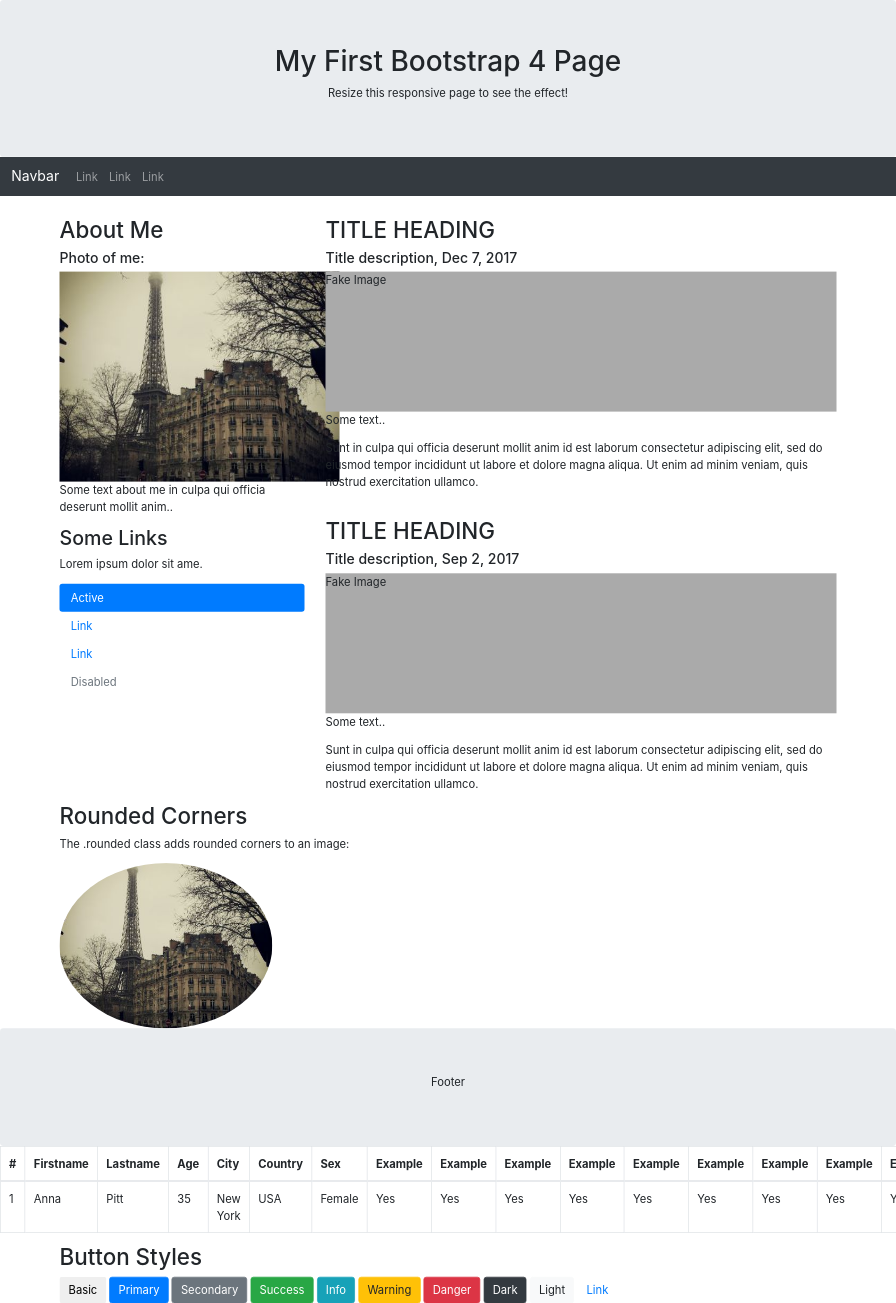
Repository: Anusha-Shilamkoti/Anusha
Page: MyFirstWebProject/WebContent/index.html
An editor plug-in stored every save of this project. The page is shown before and after the next save, followed by the edit.
The browser window is 1280 px wide. The pictures show the whole page, at 70% of full size.

Above is the page before, as saved 2020-01-18 12:00:58.

After the next save:
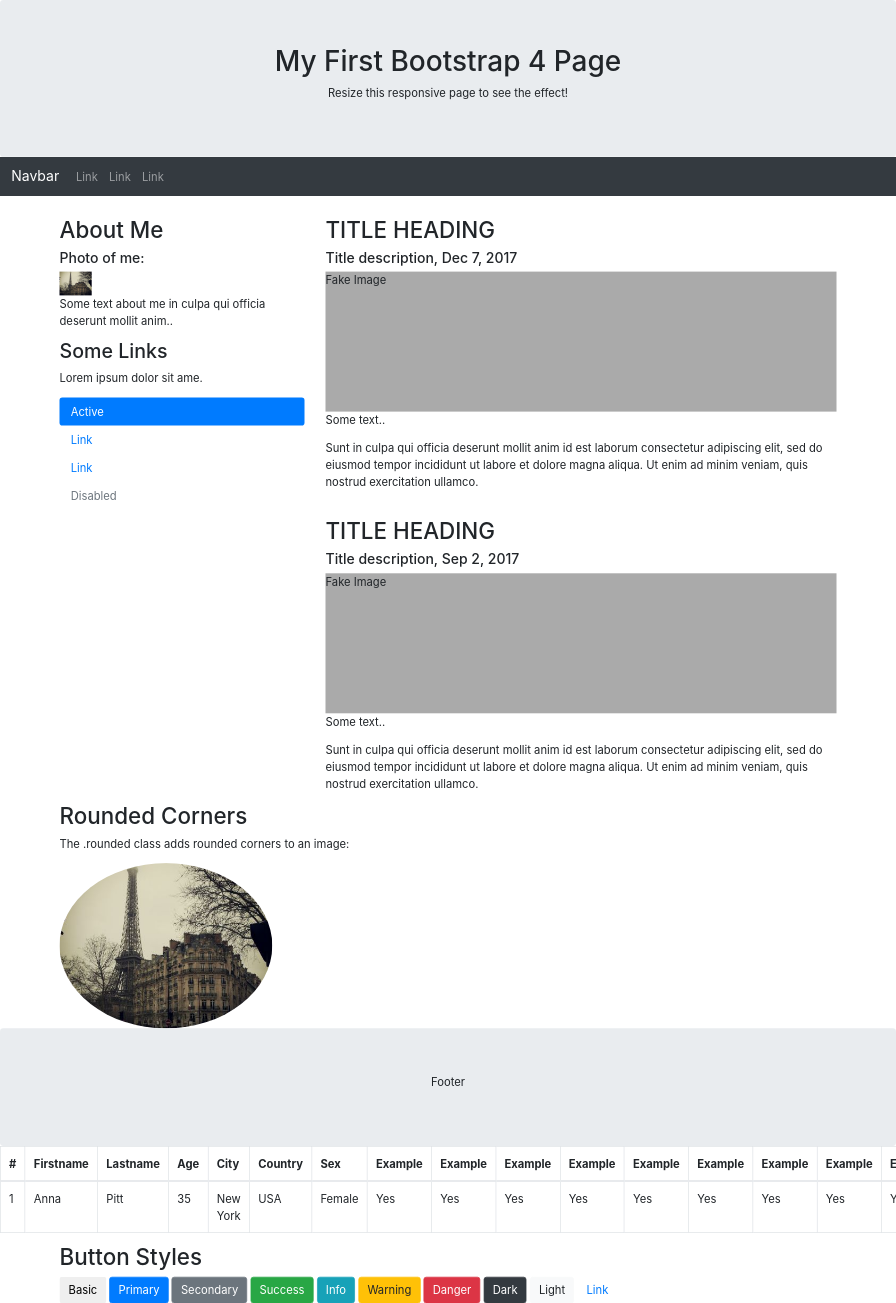
Saved 82 s later.
--- a/MyFirstWebProject/WebContent/index.html
+++ b/MyFirstWebProject/WebContent/index.html
@@ -48,7 +48,7 @@
       <h2>About Me</h2>
       <h5>Photo of me:</h5>
       <div>
-      <img alt="Anusha" src="image\paris.jpg">
+      <img alt="Anusha" src="image\paris.jpg"  width="46" height="34">
       </div>
       <p>Some text about me in culpa qui officia deserunt mollit anim..</p>
       <h3>Some Links</h3>
